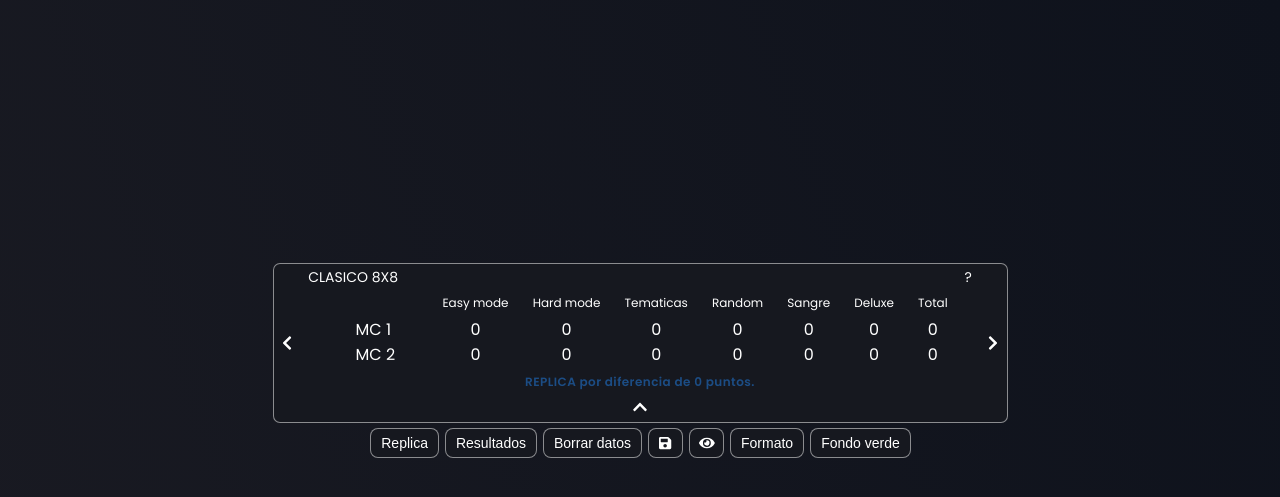
Repository: ezegonzalez912/fmsvotacion2
Page: /vote-window
An editor plug-in stored every save of this project. The page is shown before and after the next save, followed by the edit.
The browser window is 1280 px wide. The pictures show the whole page.
The page's requests for data from a server got no answer. The project was rebuilt for these pictures with package versions that can differ from the ones it lists, and the page was loaded fresh each time. No one was signed in, and anything a server would have sent is missing. Also part of the build but not shown: src/components/NavBar.js, src/components/Curve.js, src/components/screens/AboutScreen.js, src/components/Error.js, src/components/Apoya.js, src/components/screens/MainScreen.js, src/helpers/palabras.js, src/hooks/useWords.js and 24 more.

Above is the page before, as saved 2021-08-17 19:45:15.

### public/index.html
<!DOCTYPE html>
<html lang="en">
  <head>
    <meta charset="utf-8" />
    <link rel="icon" href="%PUBLIC_URL%/favicon.ico" />
    <meta name="viewport" content="width=device-width, initial-scale=1" />
    <meta name="theme-color" content="#000000" />
    <meta
      name="description"
      content="Vota batallas con formato FMS desde un solo lugar, de manera sencilla, sin la necesesidad de descargar nada.
              COMO VOTAR FMS ARGENTINA CHILE PERU MEXICO COLOMBIA INTERNACIONAL ESPAÑA BNET DESCARGAR COMO VOTAR FMS ONLINE WOS FINAL FMS INTERNACIONAL RED BULL DECIMALES
              2021 2018 FORMATO FMS"
    />
    <link rel="apple-touch-icon" href="%PUBLIC_URL%/logo192.png" />
    <!--
      manifest.json provides metadata used when your web app is installed on a
      user's mobile device or desktop. See https://developers.google.com/web/fundamentals/web-app-manifest/
    -->
    <link rel="manifest" href="%PUBLIC_URL%/manifest.json" />
    <link rel="preconnect" href="https://fonts.googleapis.com">
    <link rel="preconnect" href="https://fonts.gstatic.com" crossorigin>
    <link rel="stylesheet" href="https://cdnjs.cloudflare.com/ajax/libs/animate.css/4.1.1/animate.min.css" />
    <link href="https://fonts.googleapis.com/css2?family=Poppins:wght@100;200;300;400;500;600&display=swap" rel="stylesheet">
    <title>FMS Votación</title>
  </head>
  <body>
    <noscript>You need to enable JavaScript to run this app.</noscript>
    <div id="root"></div>
    <!--
      This HTML file is a template.
      If you open it directly in the browser, you will see an empty page.

      You can add webfonts, meta tags, or analytics to this file.
      The build step will place the bundled scripts into the <body> tag.

      To begin the development, run `npm start` or `yarn start`.
      To create a production bundle, use `npm run build` or `yarn build`.
    -->
  </body>
</html>

### src/styles/app.scss
@forward "./settings/main";
@forward "./components/menu";
@forward "./components/mode";
@forward  "./components/subtitles-mode";
@forward "./components/modal";
@forward "./components/navbar";
@forward "./components/screens";
@forward "./components/videoAndVote";
@forward "./components/searchVideo";
@forward "./components/error";
@forward "./components/votedSaveds";
@forward "./components/about";
@forward "./components/apoya";
@forward "./components/practice";
@forward "./settings/settings";

### src/styles/settings/_main.scss
@use "../settings/colors" as c;

body, html{
    background: c.$gradient-primary;
    margin: 0;
    height: auto;
    width: auto;
    box-sizing: border-box;
    font-family: 'Poppins', sans-serif;
}

*{
    margin: 0;
    padding: 0;
    box-sizing: border-box;
}

*::-webkit-scrollbar {
    width: 8px;     /* Tamaño del scroll en vertical */
    height: 8px;    /* Tamaño del scroll en horizontal */
}

*::-webkit-scrollbar-thumb {
    background: rgba(43, 42, 42, 0.267);
    border-radius: 4px;
    box-shadow: 0px 0px 6px rgba(0, 0, 0, 0.315);
}

*::-webkit-scrollbar-track {
    background: c.$dark-primary;
    box-shadow: 0px 0px 6px rgba(0, 0, 0, 0.158);
}

*{
    scroll-behavior: smooth;
}

@media (max-width:280px){
    body, html{
        background: c.$dark-primary;
    }
}

### src/styles/settings/_colors.scss
$primary: #1c4d85;
$secundary: #244463;
// $dark-primary: #1a1a1b;
// $dark-secundary: #242425;
$border: rgba(255, 255, 255, 0.5);
//$gradient-primary: linear-gradient(250.3deg, rgb(24, 24, 24), #242425);
$gradient-primary: linear-gradient(250.3deg, #0E121C, #191A22);
$dark-primary: #16181f;
$dark-secundary: #1d1f25;

### src/styles/settings/_mixins.scss
@use "../settings/colors" as c;

@mixin center($direction) {
    align-items: center;
    display: flex;
    flex-direction: $direction;
    justify-content: center;
}

@mixin input {
    border-style: none;
    outline: none;
    color: white;
    border-radius: 8px;
    font-size: 18px;
    font-weight: 600;
    text-align: center;
    width: 27px;
    height: 27px;
}

@mixin inputNormal {
    border-style: none;
    outline: none;
    cursor: pointer;
    border-radius: 8px;
    font-size: 14px;
    transition: .2s;
}

### src/styles/components/_mode.scss
@use "../settings/colors" as c;
@use "../settings/mixins" as m;

.mode__main{
    display: flex;
    justify-content: space-evenly;
    align-items: center;
    width: 100%;
    height: auto;
    box-sizing: border-box;
    p{
        width: 12%;
        margin: 0;
    }
}

.mode__name{
    @include m.inputNormal;
    cursor: text;
    padding: 3px 0;
    text-align: center;
    background-color: c.$dark-secundary;
    border: 1px solid c.$border;
    color: white;
    width: 17%;
    margin: 0;
    &:focus{
        border: 1px solid c.$primary;
    }
}

.mode__input{
    @include m.input;
    margin: 0 3px;
    background-color: c.$dark-secundary;
}

.mode__input2{
    @include m.input;
    margin: 0 3px 0 10px;
    background-color: c.$dark-secundary;
}

.mode__inputRes{
    @include m.center(column);
}

.mode__checkbox{
    height: 15px;
    margin: 3px 0 0 0;
    color: red;
}

.mode__total{
    @include m.input;
    background-color: c.$dark-secundary;
    color: white;
    margin-left: 10px;
    font-size: 13px;
    width: 35px;
}

.mode__res{
    @include m.center(row)
}

.mode__resultado{
    @include m.center(row);
    justify-content: space-evenly;
    width: 100%;
    p{
        margin: 0 0 5px 0;
    }
    div {
        @include m.center(column);
    }
}

.mode__resultado-subtitle{
    margin: 0;
    color: c.$primary;
    font-weight: 600;
    letter-spacing: .45px;
}

### src/styles/components/_subtitles-mode.scss
@mixin default($padding) {
    display:flex;
    justify-content: flex-end;
    width: 100%;
    text-align: right;
    padding-right: $padding;
    p{
        font-size: 10px;
        font-weight: 300;
        margin-top: 0;
        margin-bottom: 0;
    }
}

.subtitle_4{
    margin-left: 7px;
}
.subtitle_3{
    margin-left: 5px;
}
.subtitle_2{
    margin-left: 4px;
}

.menu__easy-subtitle{
    @include default(72px);
}

.menu__hard-subtitle{
    @include default(83px);
}

.menu__tematica-subtitle{
    @include default(104px);
}

.menu__random-subtitle{
    @include default(60px);
}

.menu__sangre-subtitle{
    @include default(82px);
}

.menu__deluxe-subtitle{
    @include default(22px);
}

### src/styles/components/_modal.scss
@use "../settings/colors" as c;
@use "../settings/mixins" as m;

.modal__main{
    display: none;
    top: 0;
    left: 0;
    position: fixed;
    height: 100%;
    width: 100%;
    background-color: rgba(16, 16, 22, 0.664);
    z-index: 999;
    text-align: center
}

.modal__main-open{
    @include m.center(column);
}

.modal__container{
    @include m.center(column);
    background-color: c.$dark-primary;
    border: 1px solid c.$border;
    border-radius: 8px;
    color: white;
    padding: 20px;
    width: 300px;
    p{
        margin: 0 10px 20px 10px;
    }
    label{
        font-size: 13px;
        display: flex;
        width: 100%;
        padding-left: 10px;
    }
}

@mixin button{
    @include m.inputNormal;
    padding: 8px;
    color: white;
    border: 1px solid c.$border;
    margin: 0 5px;
    background-color: c.$dark-secundary;
}

.modal__button{
    @include button;
    &:hover{
        background-color: c.$primary;
    }
}

.modal__input{
    @include m.inputNormal;
    border: 1px solid c.$border;
    background-color: c.$dark-primary;
    padding: 10px;
    color: white;
    width: 100%;
    margin-bottom: 10px;
    box-sizing: border-box;
    cursor: text;
    &:focus{
        border: 1px solid c.$primary;
    }
}

@media (max-width:300px){
    .modal__container{
        width: 95%;
    }
}

### src/styles/components/_navbar.scss
@use "../settings/colors" as c;
@use "../settings/mixins" as m;

.navBar__cotainer{
    @include m.center(row);
    position: absolute;
    top: 0;
    justify-content: space-between;
    box-sizing: border-box;
    padding: 10px 30px;
    height: 70px;
    width: 100%;
    min-width: 280px;
    box-sizing: border-box;
    z-index: 800;
    a{
        height: 100%;
        z-index: 900;
        img{
            z-index: 900;
            height: 100%;
        }
    }
    .navBar__text{
        a{
            font-size: 20px;
            text-decoration: none;
            color: white;
            padding: 5px 30px;
            transition: .2s;
            &:hover{
                color: c.$primary;
            }
        }
    }
}

.navBar__menu{
    display: none;
    justify-content: center;
    align-items: center;
    z-index: 500;
    height: 50px;
    width: 50px;
    border-radius: 50px;
    transition: .2s;
    &:hover{
      background: c.$primary;
    }
    svg{
        font-size: 35px;
        color: white;
        cursor: pointer;
    }
}

.navBar__menu-list{
    display: none;
    z-index: 400;
    background: c.$dark-secundary;
    box-shadow: 0px 0px 6px rgba(0, 0, 0, 0.315);
    position: absolute;
    top: 0;
    right: 0;
    flex-direction: column;
    box-sizing: border-box;
    width: 100%;
    justify-content: flex-start;
    align-items: center;
    padding-top: 70px;
    a{
        width: 100%;
        text-align: center;
        text-decoration: none;
        color: white;
        padding: 15px 0;
        border-bottom: 1px solid c.$dark-primary;
        transition: .2s;
        &:hover{
            background: c.$dark-primary;
        }
    }
}

@media (max-width:900px){
    .navBar__menu{
        display: flex;
    }
    .navBar__menu-list{
        display: flex;
    }
    .navBar__text{
        display: none;
    }
    .navBar__cotainer{
        padding: 10px 20px;
    }
}
@media (max-width:700px){
    .navBar__cotainer{
        padding: 10px 15px;
    }
}
@media (max-width:600px){
    .navBar__cotainer{
        padding: 10px 10px;
    }
}
@media (max-width:500px){
    .navBar__cotainer{
        padding: 10px 5px;
    }
}

### src/styles/components/_screens.scss
@use "../settings/colors" as c;
@use "../settings/mixins" as m;

.screen__main{
    box-sizing: border-box;
    min-height: 600px;
    min-width: 280px;
    height: 100vh;
    width: 100%;
}

.screen__vote{
    margin-top: 70px;
    width: 100%;
    display: flex;
    justify-content:center;
    align-items: center;
    height: 100vh;
    min-height: 400px;
    min-width: 280px;
}

.vote-window__screen{
    @include m.center(column);
    height: 100vh;
    width: 100%;
}

.about__screen{
    position: relative;
    width: 100%;
    min-height: 100vh;
    height: auto;
    min-width: 280px;
}

.vote-saved__screen{
    min-width: 280px;
    height: auto;
    width: 100%;
    padding-top: 100px;
    padding-bottom: 130px;
    box-sizing: border-box;
    min-height: 100vh;
    @include m.center(column);
    justify-content: flex-start;
    gap: 50px;
    position: relative;
}

.screen__practice{
    @include m.center(column);
    box-sizing: border-box;
    min-height: 100vh;
    min-width: 280px;
    padding-top: 80px;
    padding-bottom: 130px;
    height: auto;
    width: 100%;
    position: relative;
    z-index: 500;
}

### src/styles/components/_videoAndVote.scss
@use "../settings/colors" as c;
@use "../settings/mixins" as m;

.videoAndVote__main{
    width: 100%;
    height: 100vh;
    display: flex;
    flex-direction: column;
    justify-content: center;
    align-items: center;
    gap: 5px;
    padding: 5px;
}

.video-player{
    width: 100%;
    height: 100%;
    iframe{
        border-radius: 8px;
    }
}

@media (max-width: 738px){
    .videoAndVote__main{
        padding: 0;
    }
    .video-player{
        iframe{
            border-radius: 0;
        }
    }
    .vote-app__scroll{
        box-sizing: border-box;
        width: 100%;
        overflow-x: scroll;
        overflow-y: hidden;
        min-height: 195px;
        display: flex;
        align-items: flex-start;
        padding: 0 5px;
    }
}

### src/styles/components/_error.scss
@use "../settings/colors" as c;
@use "../settings/mixins" as m;

.searchVideo__ventana{
    @include m.center(row);
    width: 100%;
    z-index: 999 !important;
}

.searchVideo__practice{
    @include m.center(row);
    width: 100%;
    height: 100%;
    position: relative;
    top: -70px;
    z-index: 999 !important;
}

.error__container{
    z-index: 999 !important;
    @include m.center(row);
    position: absolute;
    width: 390px;
    padding: 5px 10px 10px 10px;
    top: 2vh;
    background: white;
    border-radius: 20px;
    box-shadow: 3px 3px 6px rgba(0, 0, 0, 0.315);
    svg{
        color: rgb(214, 97, 76);
        font-size: 60px;
        margin-right: 10px;
    }
    h2{
        color: c.$primary;
        font-size: 20px;
    }
    p{
        font-size: 14px;
    }
}

@media (max-width:800px){
    .error__container{
        width: 340px;
        padding: 5px 8px 8px 8px;
        svg{
            font-size: 60px;
            margin-right: 10px;
        }
        h2{
            font-size: 16px;
        }
        p{
            font-size: 12px;
        }
    }
}

@media (max-width:390px){
    .error__container{
        width: 90%;
        svg{
            font-size: 50px;
            margin-right: 5px;
        }
        h2{
            font-size: 14px;
        }
        p{
            font-size: 11.5px;
        }
    }
}

### src/styles/components/_about.scss
@use "../settings/colors" as c;
@use "../settings/mixins" as m;

.about__main{
    @include m.center(column);
    align-items: flex-start;
    width: 100%;
    height: 100%;
    padding: 100px;
    padding-bottom: 150px;
    box-sizing: border-box;
    h1{
        color: white;
    }
}

.about__title{
    margin-bottom: 10px;
    h2{
        letter-spacing: 0.010em;
        font-size: 40px;
        font-weight: 600;
        text-align: center;
        line-height: 90%;
        color: white;
    }
    p{
        color: c.$primary;
        font-size: 20px;
        letter-spacing: 0.45em;
        font-weight: 500;
    }
}

.about__info{
    color: white;
    margin-bottom: 20px;
    max-width: 800px;
    h1{
        font-size: 18px;
        font-weight: 500;
    }
    p{
        font-size: 14px;
        font-weight: 300;
        a{
            color: c.$primary;
            &hover{
                color: c.$secundary;
            }
        }
    }
}

@media (max-width:700px){
    .about__main{
        padding-right: 40px;
        padding-left: 40px;
    }
    .about__title{
        h2{
            font-size: 30px;
        }
        p{
            font-size: 17px;
        }
    }
    .about__info{
        h1{
            font-size: 15px;
        }
        p{
            font-size: 13px;
        }
    }
}

@media (max-width:500px){
    .about__main{
        padding-right: 15px;
        padding-left: 15px;
    }
    .about__title{
        h2{
            font-size: 28px;
        }
        p{
            font-size: 15px;
        }
    }
    .about__info{
        h1{
            font-size: 13px;
        }
        p{
            font-size: 11px;
        }
    }
}
@media (max-width:400px){
    .about__main{
        padding-right: 10px;
        padding-left: 10px;
    }
    .about__title{
        h2{
            font-size: 24px;
        }
    }
}

### src/styles/components/_apoya.scss
@use "../settings/colors" as c;
@use "../settings/mixins" as m;

.apoya__main{
    position: absolute;
    background-color: c.$dark-secundary;
    border: 1px solid c.$border;
    border-radius: 8px;
    width: 285px;
    padding: 5px;
    bottom: 10px;
    right: 10px;
    box-shadow: 1px 1px 6px rgba(0, 0, 0, 0.315);
    h1{
        font-size: 14px;
        font-weight: 500;
        color: c.$primary;
    }
    p{
        font-size: 13px;
        padding-right: 10px;
        font-weight: 300;
        color: c.$dark-primary;
        color: white;
        span{
            color: c.$primary;
            text-decoration: underline;
            cursor: pointer;
            &:hover{
                color: c.$secundary;
            }
        }
    }
    z-index: 900;
}

.apoya__title{
    @include m.center(row);
    justify-content: space-between;
    svg{
        cursor: pointer;
        color: white;
        font-size: 15px;
    }
}

### src/styles/settings/_settings.scss
@use "../settings/colors" as c;
@use "../settings/mixins" as m;

.opacity-0{
    opacity: 0;
}

.dsp-none{
    display: none;
}

.pd-0{
    padding: 0;
}

.cursor-p{
    cursor: pointer;
}

.color-primary{
    color: c.$primary;
}

.f-w800{
    font-weight: 800;
}

.title-ppl{
    letter-spacing: 0.010em;
    font-size: 40px;
    font-weight: 600;
    text-align: center;
    line-height: 90%;
    color: white;
    z-index: 500;
}

.title-scy{
    text-align: center;
    color: c.$primary;
    font-size: 20px;
    letter-spacing: 0.45em;
    font-weight: 500;
    z-index: 400 !important;
}

.input-search{
    @include m.inputNormal;
    border-radius: 20px 0 0 20px;
    width: 450px;
    padding: 0 10px;
    height: 40px;
    color: c.$dark-secundary;
    cursor: text;
    background: c.$primary;
    &::placeholder{
        letter-spacing: 0.6px;
        color: c.$dark-secundary;
        font-size: 15px;
    }
}
.input-search-button{
    @include m.inputNormal;
    @include m.center(row);
    background: c.$primary;
    border-left: 1px solid c.$dark-secundary;
    border-radius: 0 20px 20px 0;
    padding: 0 15px;
    height: 40px;
    color: c.$dark-secundary;
    &:hover{
        background: c.$secundary;
    }
}

.dsp-flex{
    display: flex;
}

.form{
    @include m.center(row);
    width: 100%;
}

.select-none{
    -webkit-touch-callout: none; /* iOS Safari */
    -webkit-user-select: none; /* Safari */
    -khtml-user-select: none; /* Konqueror HTML */
    -moz-user-select: none; /* Old versions of Firefox */
    -ms-user-select: none; /* Internet Explorer/Edge */
    user-select: none;
}

@media (max-width:800px){
    .title-ppl{
        font-size: 30px
    }
    .title-scy{
        font-size: 15px;
    }
}
@media (max-width:600px){
    .input-search{
        width: 350px;
    }
}
@media (max-width:500px){
    .input-search{
        width: 100%;
    }
    .form{
        padding: 0 20px;
    }
}

### src/hooks/useMode.js
import { useContext, useState } from "react";
import { FormatoContext } from "../components/Contexts/FormatoContext";

export const useMode = () => {

    const [mode, setMode] = useState("CLASICO 8X8")

    const {formato} = useContext(FormatoContext)

    const prevMode = () => {
        switch (mode){
            case "REPLICA":
                return setMode("RESULTADOS");
            case "RESULTADOS":
                return setMode("RONDA DELUXE");
            case "RONDA DELUXE":
                return setMode("SEGUNDO MINUTO SANGRE");
            case "SEGUNDO MINUTO SANGRE":
                return setMode("PRIMER MINUTO SANGRE");
            case "PRIMER MINUTO SANGRE":
                return formato === "2018" ? setMode("PERSONAJES CONTRAPUESTOS") : setMode("RANDOM MODE");
            case "RANDOM MODE":
                return setMode("SEGUNDA TEMATICA");
            case "PERSONAJES CONTRAPUESTOS":
                return setMode("SEGUNDA TEMATICA");
            case "SEGUNDA TEMATICA":
                return setMode("PRIMER TEMATICA");
            case "PRIMER TEMATICA":
                return setMode("HARD MODE");
            case "HARD MODE":
                return setMode("EASY MODE")
            default:
                return setMode("EASY MODE");
        }
    }

    const nextMode = () => {
        switch (mode){
            case "EASY MODE":
                return setMode("HARD MODE");
            case "HARD MODE":
                return setMode("PRIMER TEMATICA");
            case "PRIMER TEMATICA":
                return setMode("SEGUNDA TEMATICA");
            case "SEGUNDA TEMATICA":
                return formato === "2018" ? setMode("PERSONAJES CONTRAPUESTOS") : setMode("RANDOM MODE");
            case "PERSONAJES CONTRAPUESTOS":
                return setMode("PRIMER MINUTO SANGRE");
            case "RANDOM MODE":
                return setMode("PRIMER MINUTO SANGRE");
            case "PRIMER MINUTO SANGRE":
                return setMode("SEGUNDO MINUTO SANGRE");
            case "SEGUNDO MINUTO SANGRE":
                return setMode("RONDA DELUXE");
            case "RONDA DELUXE":
                return setMode("RESULTADOS");
            default:
                return setMode("RESULTADOS");
        }
    }

    return [mode, prevMode, nextMode, setMode]
}

Loaded but not shown: src/components/Votacion/menuVotacion/MenuVotacion.js (97 lines, source omitted); src/components/Contexts/DataContext.js (105 lines, source omitted); src/components/Votacion/menuVotacion/Resultados.js (71 lines, source omitted); src/hooks/useVote.js (60 lines, source omitted); src/components/Votacion/menuVotacion/RandomMode.js (24 lines, source omitted); src/hooks/useTotal.js (26 lines, source omitted); src/components/Votacion/menuVotacion/ModeVotacion.js (36 lines, source omitted); src/components/Modal/ModalSave.js (44 lines, source omitted); src/routers/AppRouter.js (33 lines, source omitted); src/components/Modal/ModalFormato.js (42 lines, source omitted); src/components/Votacion/menuVotacion/Clasico8x8Menu.js (22 lines, source omitted); src/components/Contexts/TotalContext.js (36 lines, source omitted); src/hooks/useSave.js (28 lines, source omitted); src/index.js (24 lines, source omitted); src/helpers/resultadoText.js (22 lines, source omitted); src/hooks/useLocalStorage.js (26 lines, source omitted); src/components/VotacionApp.js (20 lines, source omitted); src/helpers/totalData.js (9 lines, source omitted); src/helpers/valueCheck.js (15 lines, source omitted); src/components/Modal/ModalDefault.js (23 lines, source omitted); src/components/Contexts/FormatoContext.js (28 lines, source omitted); src/components/Contexts/CompContext.js (27 lines, source omitted); src/components/screens/VoteVentana.js (17 lines, source omitted); src/helpers/dataCorrect.js (29 lines, source omitted); src/components/Contexts/StartContext.js (22 lines, source omitted); src/hooks/useReplica.js (17 lines, source omitted); src/hooks/useForm.js (15 lines, source omitted); src/components/Modal/Modal.js (10 lines, source omitted); src/helpers/date.js (8 lines, source omitted); src/hooks/useModal.js (9 lines, source omitted); src/helpers/valueCheck2.js (7 lines, source omitted); src/App.js (8 lines, source omitted); src/styles/components/_votedSaveds.scss (245 lines, source omitted); src/styles/components/_menu.scss (183 lines, source omitted); src/styles/components/_practice.scss (165 lines, source omitted); src/styles/components/_searchVideo.scss (162 lines, source omitted)

After the next save:
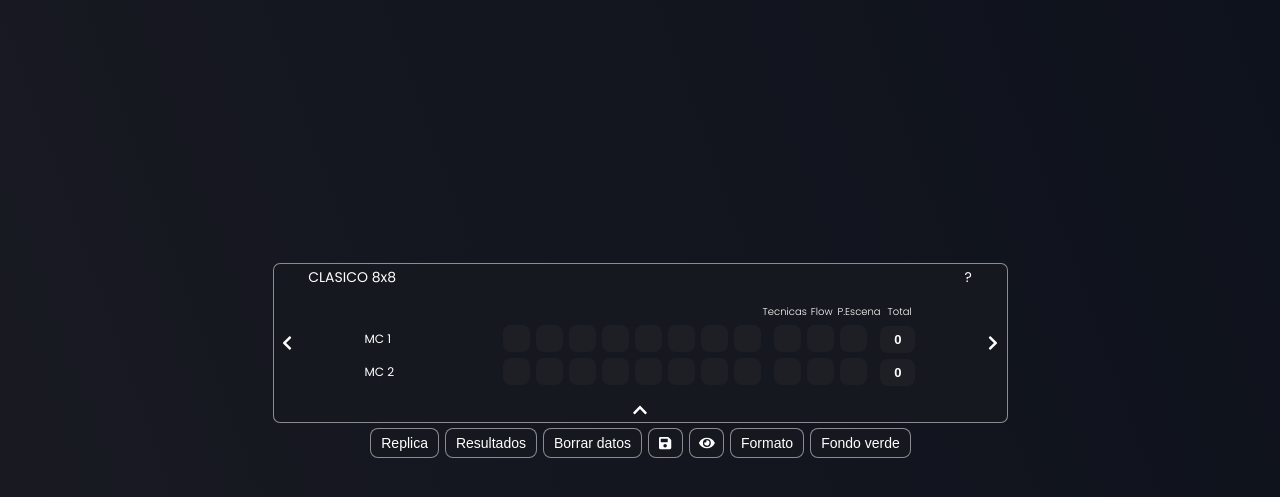
Saved 43 s later.
--- a/src/hooks/useMode.js
+++ b/src/hooks/useMode.js
@@ -3,7 +3,7 @@
 
 export const useMode = () => {
 
-    const [mode, setMode] = useState("CLASICO 8X8")
+    const [mode, setMode] = useState("CLASICO 8x8")
 
     const {formato} = useContext(FormatoContext)
 

After the save that followed:
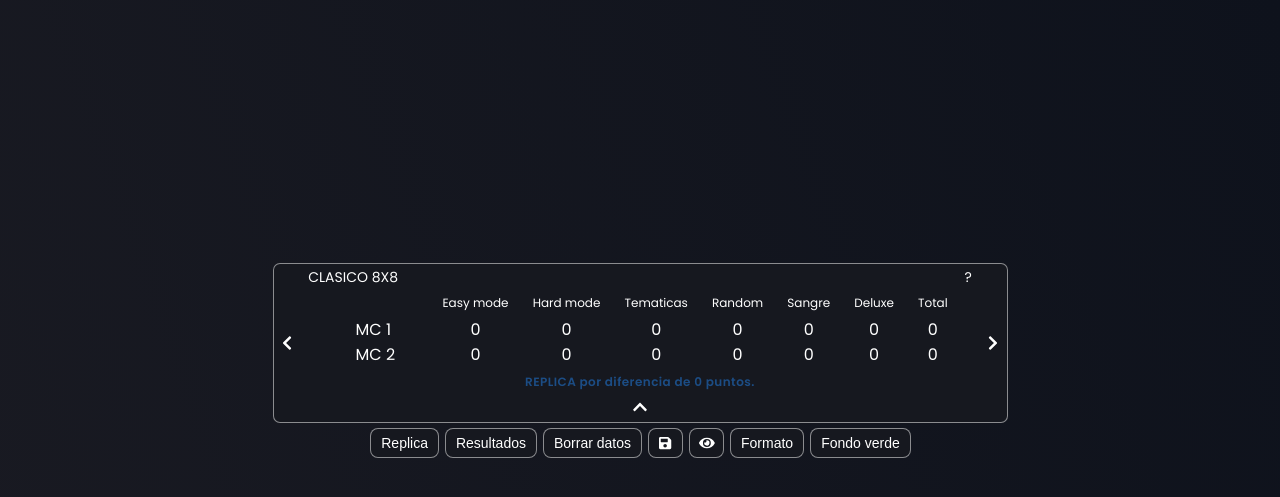
Saved 13 s later.
--- a/src/hooks/useMode.js
+++ b/src/hooks/useMode.js
@@ -3,7 +3,7 @@
 
 export const useMode = () => {
 
-    const [mode, setMode] = useState("CLASICO 8x8")
+    const [mode, setMode] = useState("CLASICO 8X8")
 
     const {formato} = useContext(FormatoContext)
 
